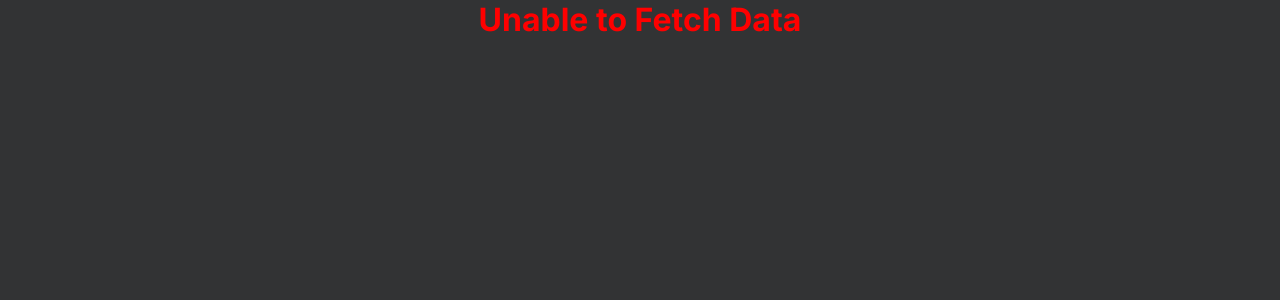
Repository: Wahid137/react-project-four
Page: /
These files come from the project's save history. The page is drawn as it stood at one moment and after the next save; the edit follows.
The browser window is 1280 px wide. The pictures show the whole page.
The project was rebuilt for these pictures with package versions that can differ from the ones it lists, and the page was loaded fresh each time. Also part of the build but not shown: vite.config.js, src/index.css.

Above is the page before, as saved 2023-08-28 13:18:06.

After the next save:
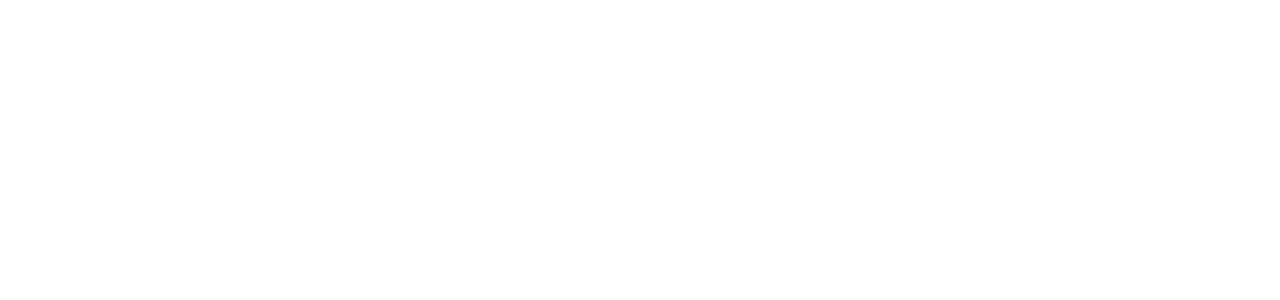
Console error: ReferenceError: LoadinContainer is not defined
Saved 24 s later.
--- a/src/components/Loading.jsx
+++ b/src/components/Loading.jsx
@@ -1,12 +1,14 @@
 const Loading = () => {
   return (
-    <div class="spinner">
-      Loading...
-      <div class="spinner-sector spinner-sector-1"></div>
-      <div class="spinner-sector spinner-sector-2"></div>
-      <div class="spinner-sector spinner-sector-3"></div>
-      <div class="spinner-sector spinner-sector-4"></div>
-    </div>
+    <LoadinContainer>
+      <div class="spinner">
+        Loading...
+        <div class="spinner-sector spinner-sector-1"></div>
+        <div class="spinner-sector spinner-sector-2"></div>
+        <div class="spinner-sector spinner-sector-3"></div>
+        <div class="spinner-sector spinner-sector-4"></div>
+      </div>
+    </LoadinContainer>
   );
 };
 

After the 3 saves that followed:
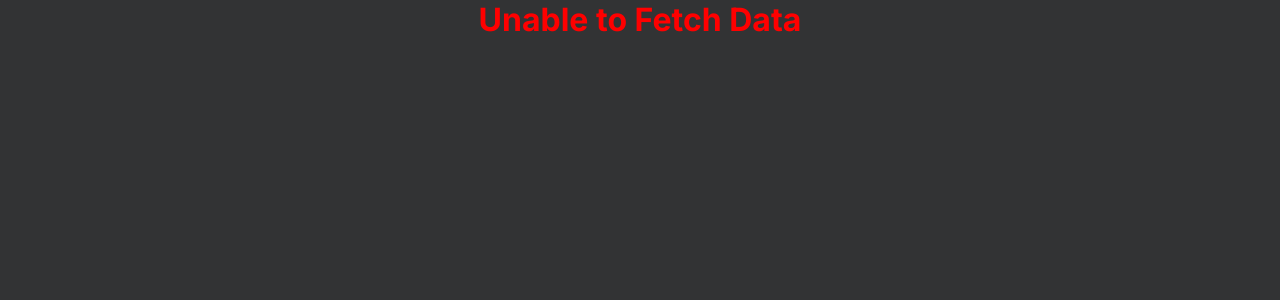
The error is gone.
The 3 saves are shown as one change because 2 left the picture as it was.
The last was saved 96 s later.
--- a/src/components/Loading.jsx
+++ b/src/components/Loading.jsx
@@ -1,15 +1,72 @@
+import { styled } from "styled-components";
+
 const Loading = () => {
   return (
-    <LoadinContainer>
-      <div class="spinner">
+    <LoadingContainer>
+      <div className="spinner">
         Loading...
-        <div class="spinner-sector spinner-sector-1"></div>
-        <div class="spinner-sector spinner-sector-2"></div>
-        <div class="spinner-sector spinner-sector-3"></div>
-        <div class="spinner-sector spinner-sector-4"></div>
+        <div className="spinner-sector spinner-sector-1"></div>
+        <div className="spinner-sector spinner-sector-2"></div>
+        <div className="spinner-sector spinner-sector-3"></div>
+        <div className="spinner-sector spinner-sector-4"></div>
       </div>
-    </LoadinContainer>
+    </LoadingContainer>
   );
 };
 
 export default Loading;
+
+const LoadingContainer = styled.div`
+  .spinner-sector {
+    position: absolute;
+    height: 100%;
+    width: 100%;
+    border-radius: 50%;
+    border: 15px solid transparent;
+    mix-blend-mode: overlay;
+    animation: rotate var(--duration) var(--timing) infinite;
+    pointer-events: none;
+  }
+
+  .spinner-sector-1 {
+    border-top-color: lightcoral;
+    --duration: 1.5s;
+    --timing: ease-in-out;
+  }
+  .spinner-sector-2 {
+    border-left-color: lightblue;
+    --duration: 2s;
+    --timing: ease-in;
+  }
+  .spinner-sector-3 {
+    border-right-color: lightgreen;
+    --duration: 2.5s;
+    --timing: ease-out;
+  }
+  .spinner-sector-4 {
+    border-right-color: yellow;
+    --duration: 3s;
+    --timing: ease-out;
+  }
+
+  @keyframes rotate {
+    0% {
+      transform: rotate(0);
+    }
+    100% {
+      transform: rotate(360deg);
+    }
+  }
+
+  @keyframes text-color {
+    0% {
+      color: rgba(0, 0, 0, 1);
+    }
+    50% {
+      color: rgba(0, 0, 0, 0.5);
+    }
+    100% {
+      color: rgba(0, 0, 0, 0.1);
+    }
+  }
+`;
